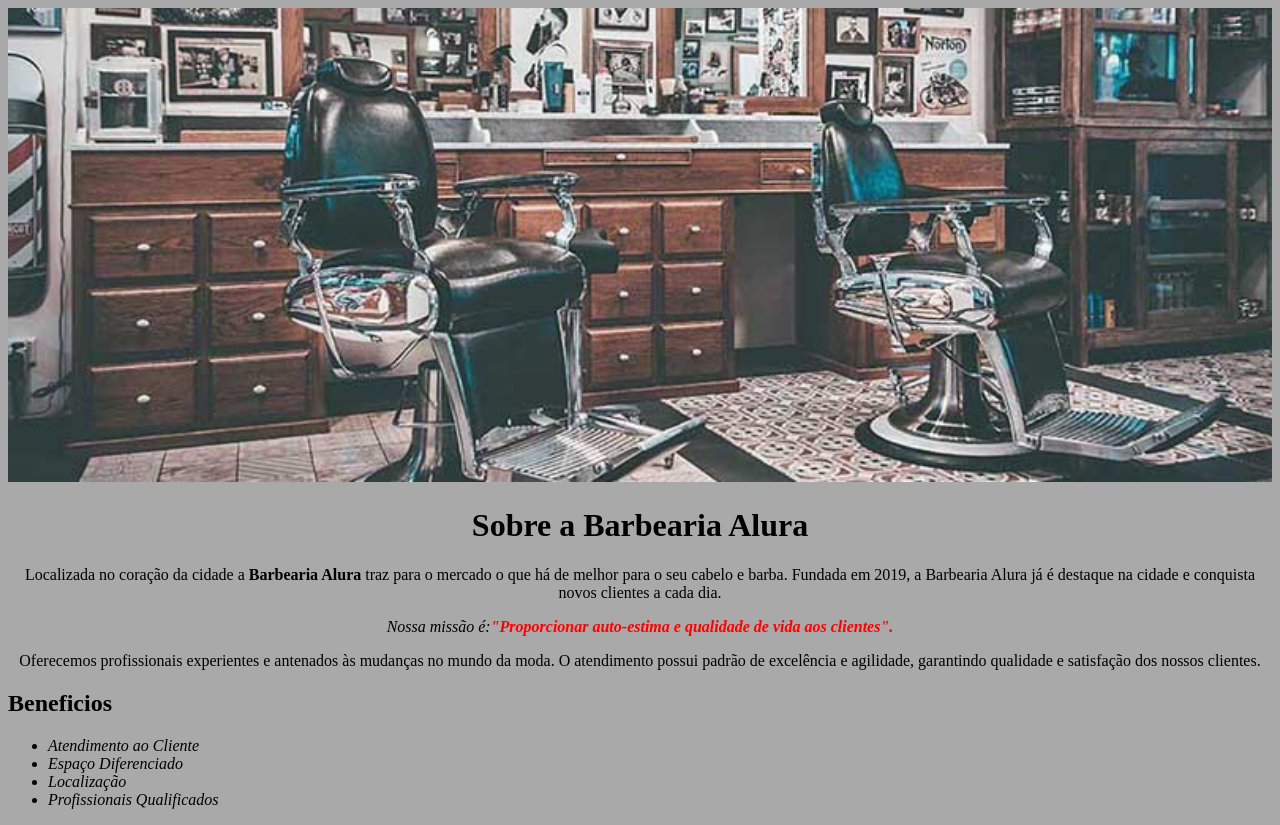
Repository: AnaBerlanda/AulaAlura
Page: index.html
An editor plug-in stored every save of this project. The page is shown before and after the next save, followed by the edit.
The browser window is 1280 px wide. The pictures show the whole page.

Above is the page before, as saved 2022-04-08 10:37:33.

After the next save:
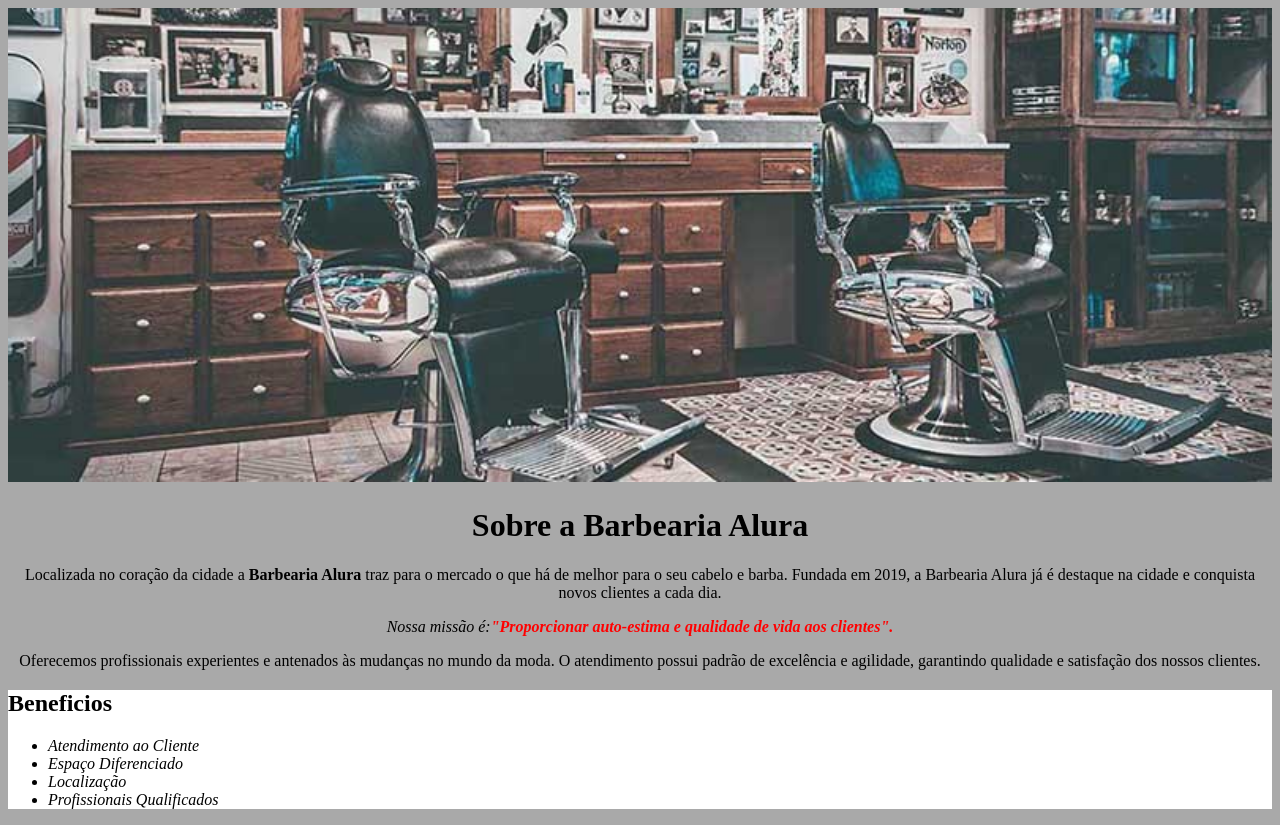
Saved 3 s later.
--- a/index.html
+++ b/index.html
@@ -8,20 +8,25 @@
 </head>
 <body>
     <img id="banner" src="imagem/banner.jpg">
-    <h1>Sobre a Barbearia Alura</h1>
-    <p>Localizada no coração da cidade a <strong> Barbearia Alura</strong> traz para o mercado o que há de melhor para o seu cabelo e barba.
-    Fundada em 2019, a Barbearia Alura já é destaque na cidade e conquista novos clientes a cada dia.</p>
-    <p><em>Nossa missão é:<strong>"Proporcionar auto-estima e qualidade de vida aos clientes".</strong></em></p>
-    <p>Oferecemos profissionais experientes e antenados às mudanças no mundo da moda.
-    O atendimento possui padrão de excelência e agilidade, garantindo qualidade e satisfação dos nossos clientes.</p>
-    <h2>Beneficios</h2>
+    <div>
 
-    <ul>
-        <li class="itens">Atendimento ao Cliente</li>
-        <li class="itens">Espaço Diferenciado</li>
-        <li class="itens">Localização</li>
-        <li class="itens">Profissionais Qualificados</li>
-    </ul>
+        <h1>Sobre a Barbearia Alura</h1>
+        <p>Localizada no coração da cidade a <strong> Barbearia Alura</strong> traz para o mercado o que há de melhor para o seu cabelo e barba.
+        Fundada em 2019, a Barbearia Alura já é destaque na cidade e conquista novos clientes a cada dia.</p>
+        <p><em>Nossa missão é:<strong>"Proporcionar auto-estima e qualidade de vida aos clientes".</strong></em></p>
+        <p>Oferecemos profissionais experientes e antenados às mudanças no mundo da moda.
+        O atendimento possui padrão de excelência e agilidade, garantindo qualidade e satisfação dos nossos clientes.</p>
+    </div>
+    <div class="beneficios">
+        <h2>Beneficios</h2>
+
+        <ul>
+            <li class="itens">Atendimento ao Cliente</li>
+            <li class="itens">Espaço Diferenciado</li>
+            <li class="itens">Localização</li>
+            <li class="itens">Profissionais Qualificados</li>
+        </ul>
+    </div>
 
 
 
